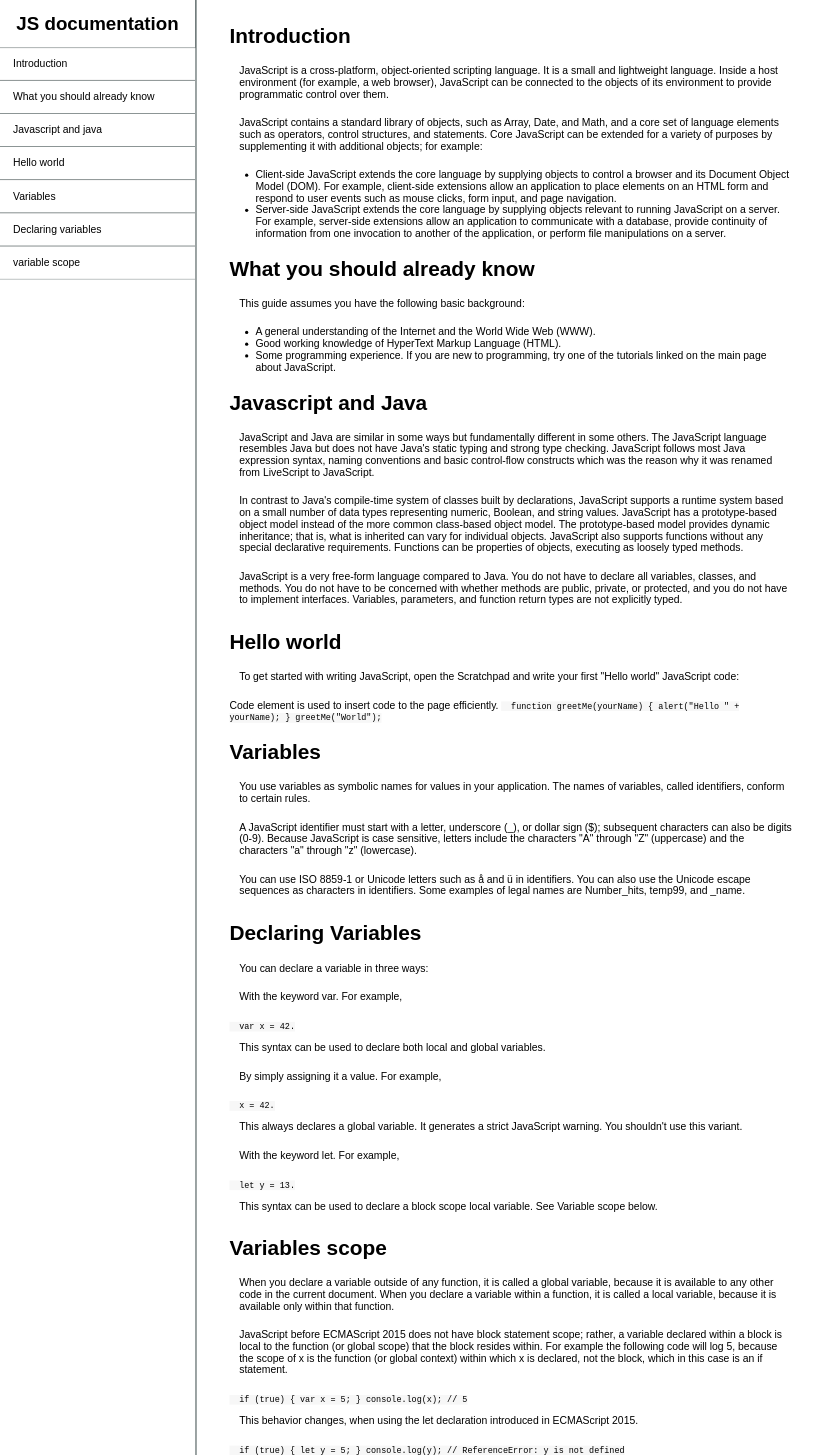
Repository: Pafestivo/Technical-documentation
Page: index.html
An editor plug-in stored every save of this project. The page is shown before and after the next save, followed by the edit.
The browser window is 1280 px wide. The pictures show the whole page, at 65% of full size.

Above is the page before, as saved 2022-09-07 14:01:04.

After the next save:
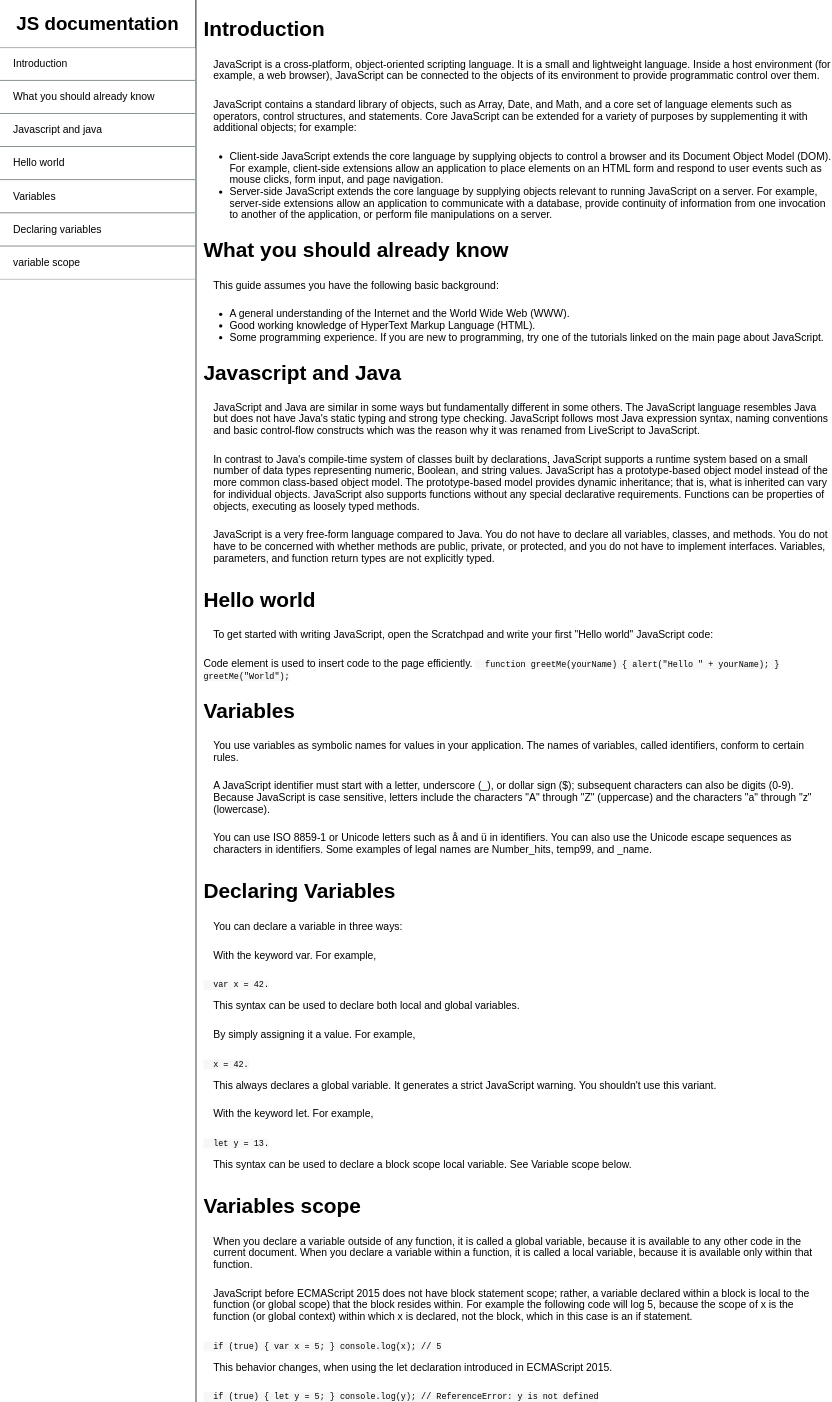
Saved 49 s later.
--- a/styles.css
+++ b/styles.css
@@ -62,9 +62,7 @@ body {
 
 /* Main area */
 #main-doc {
-  padding-top: 10px;
-  padding-left: 50px;
-  padding-right: 60px;
+  margin-left: 10px;
 }
 
 #main-doc h1 {
